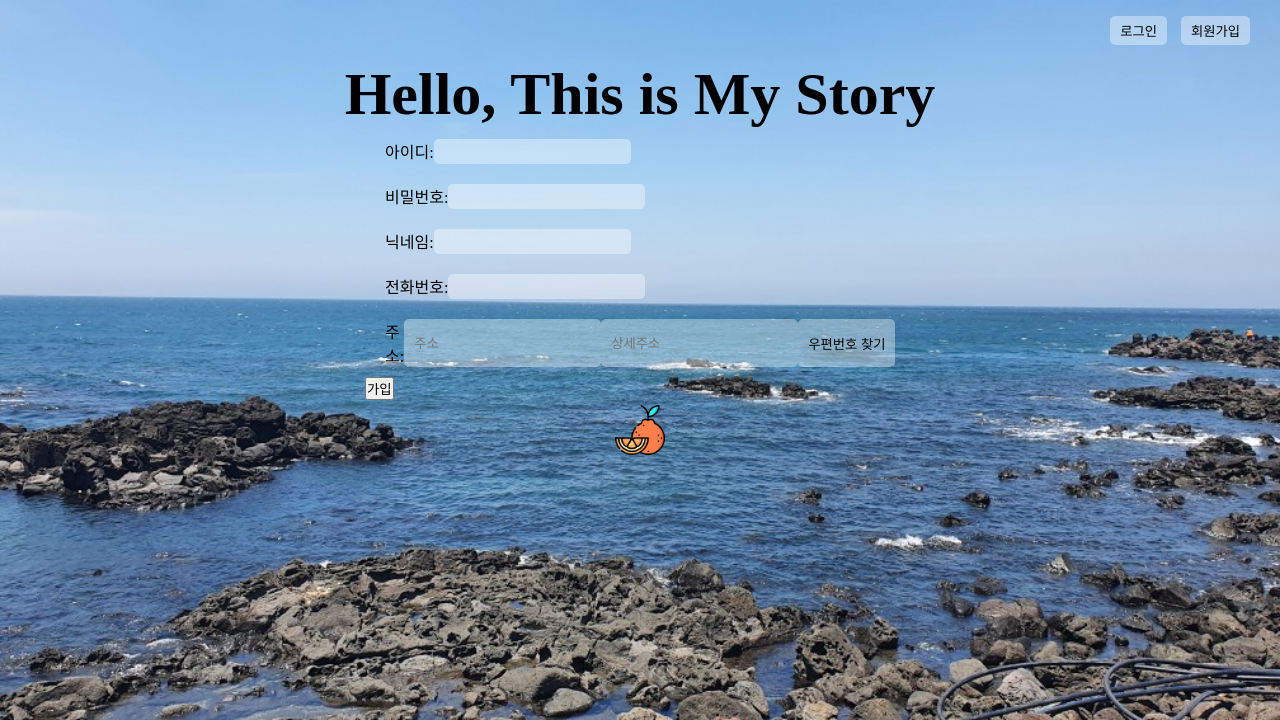
Repository: jeeniii/test2022_12_29
Page: http://localhost/portfolio/mem/join
An editor plug-in stored every save of this project. The page is shown before and after the next save, followed by the edit.
The browser window is 1280 px wide. The pictures show the whole page.
The page is served by Tomcat 9. Other server files are loaded and not shown.

Above is the page before, as saved 2022-12-13 07:47:10.

### JSP_Portfolio/portfolio/src/main/webapp/member/join.jsp
<%@ page language="java" contentType="text/html; charset=UTF-8"
    pageEncoding="UTF-8"%>
<!DOCTYPE html>
<html>
<head>
<meta charset="UTF-8">
<title>Insert title here</title>
<link rel="stylesheet" href="/resources/css/join.css" type="text/css">
<%@ include file="/header.jsp" %>
</head>
<body>
<section>
	<form action="/mem/register" method="post">
		<div class="j_put">
		<span>
			아이디:
		</span>
			 <input type="text" name="id" > <br>
		</div>
		<div class="j_put">
			<span>
				비밀번호:
			</span>
				 <input type="password" name="pwd"> <br>
		</div>
		<div class="j_put">
			<span>
				닉네임:
			</span>
				 <input type="text" name="nick_name"> <br>
		</div>
		<div class="j_put">
			<span>
				전화번호:
			</span>
				 <input type="text" name="phone" oninput="hypenTel(this)" maxlength="13"> <br>
		</div>
		<div class="j_put">
		<span>
			주소:
		</span>

				<input type="hidden" id="sample6_postcode" placeholder="우편번호"><br>
				<input type="text" name="addr1" id="sample6_address" placeholder="주소">
				<input type="text" name="addr2" id="sample6_detailAddress" placeholder="상세주소">
				<input type="button" onclick="sample6_execDaumPostcode()" value="우편번호 찾기">
				<input type="hidden" id="sample6_extraAddress" placeholder="참고항목"> <br><br>
		</div>
			<button type="submit">가입</button>
	</form>
</section>
<script src="//t1.daumcdn.net/mapjsapi/bundle/postcode/prod/postcode.v2.js"></script>
<script type="text/javascript">


const hypenTel = (target) => {
	 target.value = target.value
	   .replace(/[^0-9]/g, '')
	   .replace(/^(\d{2,3})(\d{3,4})(\d{4})$/, `$1-$2-$3`);
}

function sample6_execDaumPostcode() {
    new daum.Postcode({
        oncomplete: function(data) {
            var addr = '';
            var extraAddr = '';

            if (data.userSelectedType === 'R') {
                addr = data.roadAddress;
            } else {
                addr = data.jibunAddress;
            }

            if(data.userSelectedType === 'R'){
                if(data.bname !== '' && /[동|로|가]$/g.test(data.bname)){
                    extraAddr += data.bname;
                }
                if(data.buildingName !== '' && data.apartment === 'Y'){
                    extraAddr += (extraAddr !== '' ? ', ' + data.buildingName : data.buildingName);
                }
                if(extraAddr !== ''){
                    extraAddr = ' (' + extraAddr + ')';
                }
                document.getElementById("sample6_extraAddress").value = extraAddr;

            } else {
                document.getElementById("sample6_extraAddress").value = '';
            }

            document.getElementById('sample6_postcode').value = data.zonecode;
            document.getElementById("sample6_address").value = addr;
            document.getElementById("sample6_detailAddress").focus();
        }
    }).open();
}
</script>
<%@ include file="/footer.jsp" %>
</body>
</html>

### JSP_Portfolio/portfolio/src/main/webapp/header.jsp
<%@ page language="java" contentType="text/html; charset=UTF-8"
    pageEncoding="UTF-8"%>
    <%@ taglib uri="http://java.sun.com/jsp/jstl/core" prefix="c" %>
<!DOCTYPE html>
<html>
<head>
<meta charset="UTF-8">

<link rel="stylesheet" href="/resources/css/header.css" type="text/css">
</head>
<body>
	<header>
		<div class="realHeader">
			<div class="headbar">
				<ul>

					<c:if test="${ses.id ne null }">
						<li>
							${ses.nick_name }님
						</li>
						<li>
							<a href="/mem/logout?id=${ses.id }"><button type="button">로그아웃</button></a>
						</li>
						<li>
							<a href="/mem/modify?id=${ses.id }"><button type="button">회원정보수정</button></a>
						</li>
					</c:if>

					<c:if test="${ses.id eq null }">
						<li>
							<a href="/mem/login"><button type="button">로그인</button></a>
						</li>
						<li>
							<a href="/mem/join"><button type="button"> 회원가입</button></a>
						</li>
					</c:if>
				</ul>
			</div>
		</div>
		<div class="topic">
			<h1>Hello, This is My Story</h1>
		</div>
	</header>
</body>
</html>

### JSP_Portfolio/portfolio/src/main/webapp/footer.jsp
<%@ page language="java" contentType="text/html; charset=UTF-8"
    pageEncoding="UTF-8"%>
    <%@ taglib uri="http://java.sun.com/jsp/jstl/core" prefix="c" %>
<!DOCTYPE html>
<html>
<head>
<meta charset="UTF-8">
<title>Insert title here</title>
<link rel="stylesheet" href="/resources/css/footer.css" type="text/css">
</head>
<body>
<footer>
		<a href="/" id="hanlabtn"><button type="button"><img src="/resources/한라봉.png" id="hanlabong"></button></a>
</footer>
</body>
</html>

### JSP_Portfolio/portfolio/src/main/java/controller/MemberController.java
package controller;

import java.io.IOException;
import java.util.List;

import javax.servlet.RequestDispatcher;
import javax.servlet.ServletException;
import javax.servlet.annotation.WebServlet;
import javax.servlet.http.HttpServlet;
import javax.servlet.http.HttpServletRequest;
import javax.servlet.http.HttpServletResponse;
import javax.servlet.http.HttpSession;

import org.slf4j.Logger;
import org.slf4j.LoggerFactory;

import domain.MemberVO;
import service.MemberService;
import service.MemberServiceImpl;

@WebServlet("/mem/*")
public class MemberController extends HttpServlet {
	private static final long serialVersionUID = 1L;
	private Logger log=LoggerFactory.getLogger(MemberController.class);
    private MemberService msv;
    private RequestDispatcher rdp;
    private String destPage;
    private int isOk;

    public MemberController() {
    	msv=new MemberServiceImpl();
    }

	protected void service(HttpServletRequest req, HttpServletResponse res) throws ServletException, IOException {
		req.setCharacterEncoding("utf-8");
		res.setCharacterEncoding("utf-8");
		res.setContentType("text/html; charset=utf-8");

		String uri=req.getRequestURI();
		String path=uri.substring(uri.lastIndexOf("/")+1);
		log.info("uri>> "+uri);
		log.info("path>> "+path);

		switch(path) {
		case "login":
			destPage="/member/login.jsp";
			break;

		case "join":
			destPage="/member/join.jsp";

			break;

		case "register":
			try {
				log.info("register check1");
				MemberVO mvo=new MemberVO(
						req.getParameter("id"),
						req.getParameter("pwd"),
						req.getParameter("nick_name"),
						req.getParameter("phone"),
						req.getParameter("addr1")+req.getParameter("addr2"));
				System.out.println(mvo.getId()=="");
				System.out.println(mvo.getPwd()=="");
				System.out.println(mvo.getNick_name()=="");
				System.out.println(mvo.getPhone()=="");
				if(
						mvo.getId()==""||
						mvo.getPwd()==""||
						mvo.getNick_name()==""||
						mvo.getPhone()=="") {
					log.info("Resend check");
					req.setAttribute("msg_register", false);
					//res.sendRedirect("/");
					destPage="/";
					//return;
				}else {
					isOk=msv.register(new MemberVO(
							req.getParameter("id"),
							req.getParameter("pwd"),
							req.getParameter("nick_name"),
							req.getParameter("phone"),
							req.getParameter("addr1").concat(", ").concat(req.getParameter("addr2"))));
					//concate으로 addr1과 addr2를 이어 붙이면서 그 가운데에 ", "도 더해준다.
					if(isOk>0) {
						req.setAttribute("msg_register", true);
					}
					log.info("register check4");
					destPage="/";
				}
			} catch (Exception e) {
				log.info("register error");
				e.printStackTrace();
			}
			break;

		case "login_auth": //실제 로그인이 일어나는 케이스
			try {
				MemberVO mvo=msv.login(new MemberVO(req.getParameter("id"),req.getParameter("pwd")));
				log.info("login check");
				if(mvo != null) {
					//세션 가져오기. 연결된 세션이 없다면 새로 생성
					HttpSession ses=req.getSession();
					//ses로 mvo를 바인딩
					ses.setAttribute("ses", mvo);
					ses.setMaxInactiveInterval(10*60);
					req.setAttribute("msg_login", true);
				}else {
					req.setAttribute("msg_login", false);
				}
				destPage="/";
			} catch (Exception e) {
				log.info("login_auth error");
				e.printStackTrace();
			}
			break;

		case "logout":
			try {
				HttpSession ses=req.getSession();
				ses.invalidate(); //무효화하다
				//로그인 정보 id를 주고 로그인 시간 update
				isOk=msv.lastLogin(req.getParameter("id"));
				log.info("check1");
				log.info("logout>> :"+(isOk>0?"Ok":"Fail"));
				destPage="/";
			} catch (Exception e) {
				log.info("logout error");
				e.printStackTrace();
			}
			break;

		case "list":
			try {
				log.info("list 1");
				List<MemberVO> list=msv.getList();
				req.setAttribute("list", list);
				log.info("list 4");
				destPage="/member/list.jsp";
			} catch (Exception e) {
				log.info("list error");
				e.printStackTrace();
			}
			break;

		case "modify":
			try {
				log.info("modify1");
				String id=req.getParameter("id");
				MemberVO mvo=msv.modify(id);
				req.setAttribute("mvo", mvo);
				log.info("modify4");
				destPage="/member/modify.jsp";
			} catch (Exception e) {
				log.info("modify error");
				e.printStackTrace();
			}
			break;

		case "update":
			try {
				log.info("update1");
				String id=req.getParameter("id");
				String pwd=req.getParameter("pwd");
				String nick_name=req.getParameter("nick_name");
				String phone=req.getParameter("phone");
				String addr=req.getParameter("addr1").concat(", ").concat(req.getParameter("addr2"));
				MemberVO mvo=new MemberVO(id,pwd,nick_name,phone,addr);
				isOk=msv.update(mvo);
				log.info("update4");
				if(isOk>0) {
					HttpSession ses=req.getSession();
					ses.setAttribute("ses", mvo);
					ses.setMaxInactiveInterval(10*60);
				}else {
					req.setAttribute("msg_update", 0);
				}
				log.info("controller update> "+(isOk>0?"ok":"fail"));
				destPage="/";
			} catch (Exception e) {
				log.info("update error");
				e.printStackTrace();
			}
			break;

		case "remove":
			try {
				log.info("remove1");
				String id=req.getParameter("id");
				HttpSession ses=req.getSession();
				ses.invalidate();
				isOk=msv.remove(id);
				destPage="/";
				log.info("remove4");
			} catch (Exception e) {
				log.info("remove error");
				e.printStackTrace();
				break;

			}
		default:
			break;
		}

		rdp=req.getRequestDispatcher(destPage);
		rdp.forward(req, res);
	}

	protected void doGet(HttpServletRequest request, HttpServletResponse response) throws ServletException, IOException {
		service(request, response);
	}

	protected void doPost(HttpServletRequest request, HttpServletResponse response) throws ServletException, IOException {
		service(request, response);
	}

}

### JSP_Portfolio/portfolio/src/main/java/service/MemberServiceImpl.java
package service;

import java.util.List;

import org.slf4j.Logger;
import org.slf4j.LoggerFactory;

import domain.MemberVO;
import repository.MemberDAO;
import repository.MemberDAOImpl;

public class MemberServiceImpl implements MemberService {
	private static final Logger log=LoggerFactory.getLogger(MemberServiceImpl.class);
	private MemberDAO mdao;

	public MemberServiceImpl() {
		mdao=new MemberDAOImpl();
	}

	@Override
	public int register(MemberVO mvo) {
		log.info("register check2");
		return mdao.insert(mvo);
	}

	@Override
	public MemberVO login(MemberVO mvo) {
		log.info("login check2");
		return mdao.selectOne(mvo);
	}

	@Override
	public int lastLogin(String id) {
		log.info("logout check2");
		return mdao.update(id);
	}

	@Override
	public List<MemberVO> getList() {
		log.info("list check2");
		return mdao.seletList();
	}

	@Override
	public MemberVO modify(String id) {
		log.info("modify check2");
		return mdao.modify(id);
	}

	@Override
	public int update(MemberVO mvo) {
		log.info("update check2");
		return mdao.update(mvo);
	}

	@Override
	public int remove(String id) {
		log.info("remove2");
		return mdao.delete(id);
	}

}

### JSP_Portfolio/portfolio/src/main/java/repository/MemberDAO.java
package repository;

import java.util.List;

import domain.MemberVO;

public interface MemberDAO {

	int insert(MemberVO mvo);

	MemberVO selectOne(MemberVO mvo);

	int update(String id);

	List<MemberVO> seletList();

	MemberVO modify(String id);

	int update(MemberVO mvo);

	int delete(String id);

}

### JSP_Portfolio/portfolio/src/main/java/repository/MemberDAOImpl.java
package repository;


import java.util.List;

import org.apache.ibatis.session.SqlSession;
import org.slf4j.Logger;
import org.slf4j.LoggerFactory;

import domain.MemberVO;
import orm.DataBaseBuilder;

public class MemberDAOImpl implements MemberDAO {
	private static final Logger log=LoggerFactory.getLogger(MemberDAOImpl.class);
	private SqlSession sql;
	private final String NS="MemberMapper.";

	public MemberDAOImpl() {
		new DataBaseBuilder();
		sql=DataBaseBuilder.getFactory().openSession();
	}

	@Override
	public int insert(MemberVO mvo) {
		log.info("check");
		int isOk=sql.insert(NS+"add",mvo);
		if(isOk>0) {
			sql.commit();
		}
		log.info("register check3");
		return isOk;
	}

	@Override
	public MemberVO selectOne(MemberVO mvo) {
		log.info("login check3");
		return sql.selectOne(NS+"login",mvo);
	}

	@Override
	public int update(String id) {
		int isOk=sql.update(NS+"last",id);
		if(isOk>0) {
			sql.commit();
		}
		log.info("logout check3");
		return isOk;
	}

	@Override
	public List<MemberVO> seletList() {
		log.info("list check3");
		return sql.selectList(NS+"list");
	}

	@Override
	public MemberVO modify(String id) {
		log.info("modify check3");
		return sql.selectOne(NS+"modify",id);
	}

	@Override
	public int update(MemberVO mvo) {
		int isOk=sql.update(NS+"update",mvo);
		if(isOk>0) {
			sql.commit();
		}
		log.info("update check3");
		return isOk;
	}

	@Override
	public int delete(String id) {
		log.info("remove3");
		int isOk=sql.delete(NS+"delete",id);
		if(isOk>0) {
			sql.commit();
		}
		return isOk;
	}

}

### JSP_Portfolio/portfolio/src/main/java/orm/DataBaseBuilder.java
package orm;

import org.apache.ibatis.io.Resources;
import org.apache.ibatis.session.SqlSessionFactory;
import org.apache.ibatis.session.SqlSessionFactoryBuilder;

public class DataBaseBuilder {
	private static SqlSessionFactory factory;

	static {
		try {
			factory=new SqlSessionFactoryBuilder().build(Resources.getResourceAsReader("orm/MybatisConfig.xml"));
		} catch (Exception e) {
			System.out.println("mybatis error");
			e.printStackTrace();
		}
	}
	public static SqlSessionFactory getFactory() {
		return factory;
	}

}

### JSP_Portfolio/portfolio/src/main/java/domain/MemberVO.java
package domain;

public class MemberVO {
	/*create table member3 (
	id varchar(100) not null,
	pwd varchar(100) not null,
	nick_name varchar(100) not null,
	reg_at datetime default current_timestamp,
	last_login datetime not null,
	primary key(id));*/
	private String id;
	private String pwd;
	private String nick_name;
	private String phone;
	private String addr;
	private String reg_at;
	private String last_login;

	public MemberVO() {}

	//login(id,pwd)
	public MemberVO(String id,String pwd) {
		this.id=id;
		this.pwd=pwd;
	}
	//join,modify(id,pwd,nick_name)
	public MemberVO(String id,String pwd,String nick_name,String phone,String addr) {
		this.id=id;
		this.pwd=pwd;
		this.nick_name=nick_name;
		this.phone=phone;
		this.addr=addr;
	}
	//list(all)
	public MemberVO(String id,String pwd,String nick_name,String phone,String addr,String reg_at,String last_login) {
		this.id=id;
		this.pwd=pwd;
		this.nick_name=nick_name;
		this.phone=phone;
		this.addr=addr;
		this.reg_at=reg_at;
		this.last_login=last_login;
	}

	public String getId() {
		return id;
	}

	public void setId(String id) {
		this.id = id;
	}

	public String getPwd() {
		return pwd;
	}

	public void setPwd(String pwd) {
		this.pwd = pwd;
	}

	public String getNick_name() {
		return nick_name;
	}

	public void setNick_name(String nick_name) {
		this.nick_name = nick_name;
	}

	public String getReg_at() {
		return reg_at;
	}

	public void setReg_at(String reg_at) {
		this.reg_at = reg_at;
	}

	public String getLast_login() {
		return last_login;
	}

	public void setLast_login(String last_login) {
		this.last_login = last_login;
	}

	public String getPhone() {
		return phone;
	}

	public void setPhone(String phone) {
		this.phone = phone;
	}

	public String getAddr() {
		return addr;
	}

	public void setAddr(String addr) {
		this.addr = addr;
	}

}

### JSP_Portfolio/portfolio/src/main/java/domain/BoardVO.java
package domain;

public class BoardVO {
	private int bno;
	private String title;
	private String writer;
	private String content;
	private String reg_date;
	private int read_count;
	private String image_file;

	public BoardVO() {}

	//insert(title,writer,content)
	public BoardVO(String title,String writer,String content) {
		this.title=title;
		this.writer=writer;
		this.content=content;
	}
	//list(bno,title,writer,reg_date,read_count)
	public BoardVO(int bno,String title,String writer,String reg_date,int read_count) {
		this.bno=bno;
		this.title=title;
		this.writer=writer;
		this.reg_date=reg_date;
		this.read_count=read_count;
	}
	//update(bno,title,content)
	public BoardVO(int bno,String title,String content) {
		this.bno=bno;
		this.title=title;
		this.content=content;
	}
	//count(bno,read_count)
	public BoardVO(int bno,int read_count) {
		this.bno=bno;
		this.read_count=read_count;
	}

	public int getBno() {
		return bno;
	}

	public void setBno(int bno) {
		this.bno = bno;
	}

	public String getTitle() {
		return title;
	}

	public void setTitle(String title) {
		this.title = title;
	}

	public String getWriter() {
		return writer;
	}

	public void setWriter(String writer) {
		this.writer = writer;
	}

	public String getContent() {
		return content;
	}

	public void setContent(String content) {
		this.content = content;
	}

	public String getReg_date() {
		return reg_date;
	}

	public void setReg_date(String reg_date) {
		this.reg_date = reg_date;
	}

	public int getRead_count() {
		return read_count;
	}

	public void setRead_count(int read_count) {
		this.read_count = read_count;
	}

	public String getImage_file() {
		return image_file;
	}

	public void setImage_file(String image_file) {
		this.image_file = image_file;
	}

}

### JSP_Portfolio/portfolio/src/main/java/domain/PagingVO.java
package domain;

public class PagingVO {
	private int pageNo;
	private int qty;

	public PagingVO() {
		this(1,5);
	}

	public PagingVO(int pageNo,int qty) {
		this.pageNo=pageNo;
		this.qty=qty;
	}

	public int getPageStart() {
		return (this.pageNo-1)*qty;
	}

	public void setPageNo(int pageNo) {
		this.pageNo = pageNo;
	}

	public int getQty() {
		return qty;
	}

	public void setQty(int qty) {
		this.qty = qty;
	}

	public int getPageNo() {
		return pageNo;
	}

}

### JSP_Portfolio/portfolio/src/main/webapp/resources/css/join.css
@charset "UTF-8";
form{
	width:550px;
	margin: 0 auto;
	padding: 0px;
}
section{
}
.j_put{
	display: inline-flex;
	width: 100%;
	padding: 10px 20px;
}
.j_put>input{
	border: 0px;
	padding: 5px 10px;
	border-radius: 5px;
	background-color: rgba(255, 255, 255, 0.377);
}

### JSP_Portfolio/portfolio/src/main/webapp/resources/css/header.css
@charset "UTF-8";
* {
    margin: 0;
    padding: 0;
    box-sizing: border-box;
}
body{
	width:100%;
	height:100%;
	background-image: url("/resources/제주 바다.jpg");
	background-repeat: no-repeat;
	background-size: cover;
}
.topic{
	text-align: center;
	font-size: 30px;
}
.realHeader{
	height: 60px;
}
.headbar{
	display: flex;
	align-items: center;
	float: right;
	padding: 0px 30px;
	height: 60px;
}
.headbar>ul{
    list-style-type: none;
}
.headbar>ul>li{
	display: inline;;
	margin-left: 10px;
	line-height: 30px;
	vertical-align: middle;
}
.headbar>ul>li>a{
	font-size: 20px;
	font-weight: 700px;
	color: black;
    text-decoration-line:none ;
}
button[type="button"]{
	border: 0px;
	padding: 5px 10px;
	border-radius: 5px;
	background-color: rgba(255, 255, 255, 0.377);
}

### JSP_Portfolio/portfolio/src/main/webapp/resources/css/footer.css
@charset "UTF-8";
#hanlabong{
    width: 50px;
    height: 50px;
}

#hanlabtn{
	background-color: transparent;
	border:none;
	cursor: pointer;
}
#hanlabtn button{
	background-color: transparent;
	border:none;
	cursor: pointer;

}
#hanlabtn:hover{
	transform:scale(1.5);
  	transition: transform .5s;
}
footer{
	width: 100%;
	display: flex;
	justify-content: center;
}

After the next save:
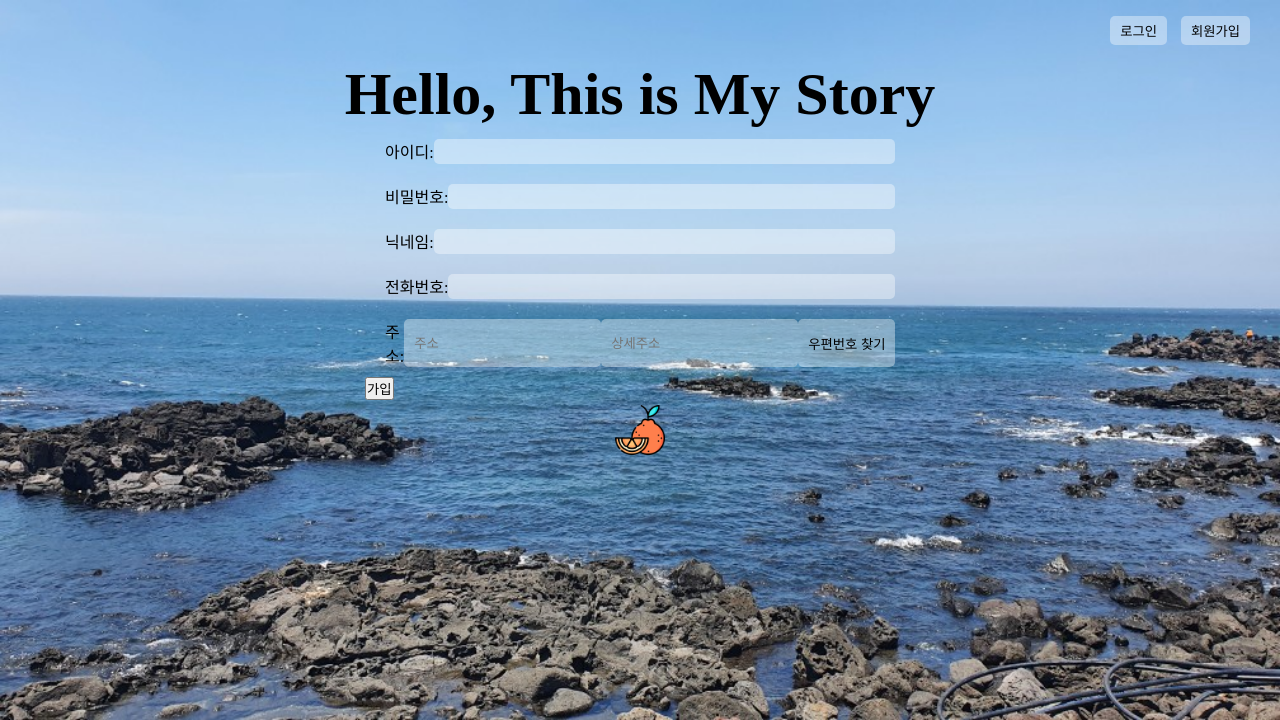
Saved 85 s later.
--- a/JSP_Portfolio/portfolio/src/main/webapp/resources/css/join.css
+++ b/JSP_Portfolio/portfolio/src/main/webapp/resources/css/join.css
@@ -12,6 +12,7 @@ section{
 	padding: 10px 20px;
 }
 .j_put>input{
+	flex: 1 1 0%;
 	border: 0px;
 	padding: 5px 10px;
 	border-radius: 5px;
